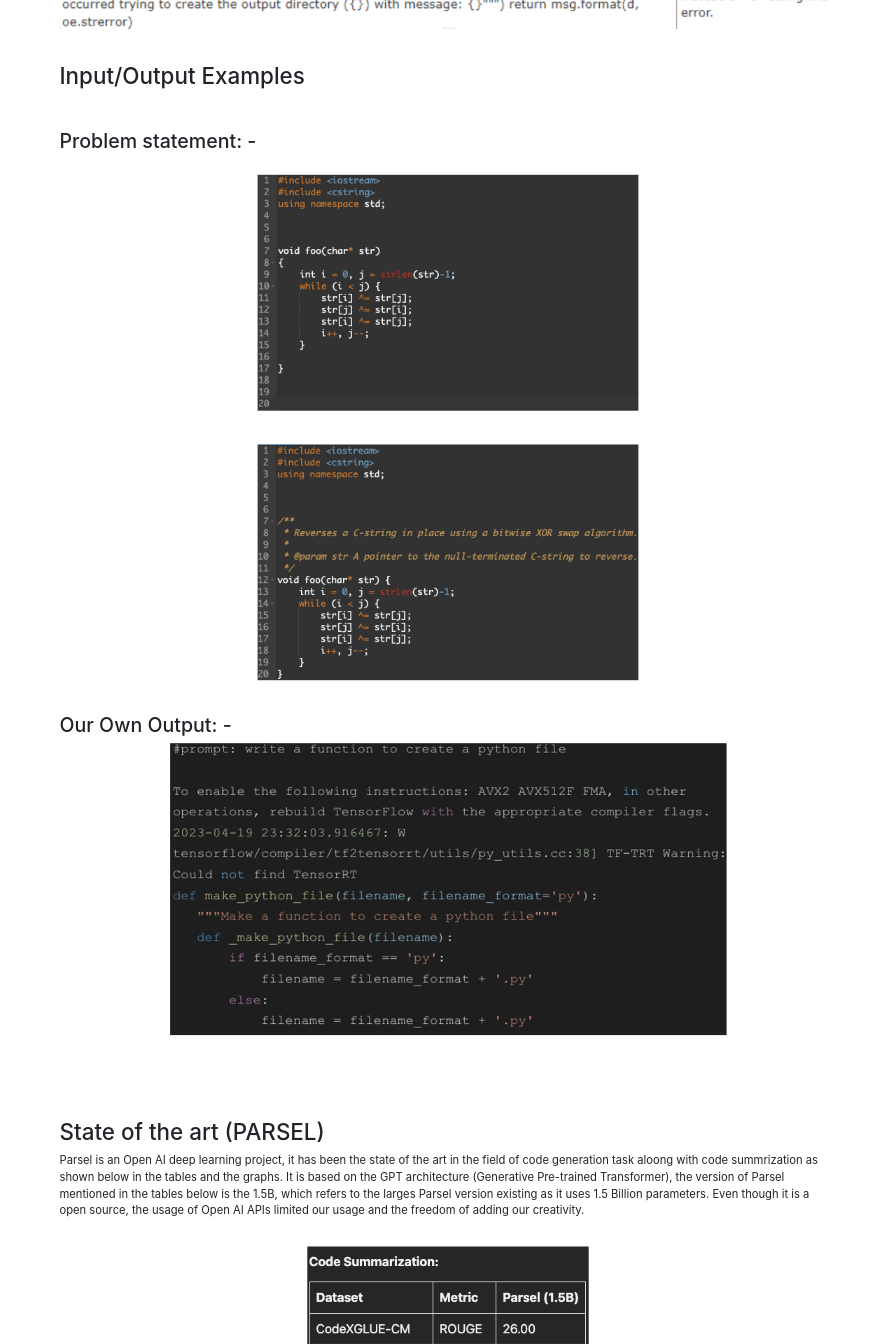
Repository: Shaalan-omar/ConcodePlus
Page: team-specific/index.html
An editor plug-in stored every save of this project. The page is shown before and after the next save, followed by the edit.
The browser window is 1280 px wide. The pictures show the part of the page from y = 1974 to 3894 px (the page is 10550 px tall before and 10533 px after), at 70% of full size.

Above is the page before, as saved 2023-05-14 11:13:13.

### team-specific/index.html
<!DOCTYPE html>
<html lang="en">

<head>

  <meta charset="utf-8">
  <meta name="viewport" content="width=device-width, initial-scale=1, shrink-to-fit=no">
  <meta name="description" content="">
  <meta name="author" content="">

  <title>Code Generation / Documentation model based on CodeT5</title>

  <!-- Bootstrap core CSS -->
  <link href="../vendor/bootstrap/css/bootstrap.min.css" rel="stylesheet">

</head>

<body>

  <!-- Navigation -->
  <nav class="navbar navbar-expand-lg navbar-dark bg-dark static-top">
    <div class="container">
      <a class="navbar-brand" href="../home.html">Practical Machine Deep Learning</a>
      <button class="navbar-toggler" type="button" data-toggle="collapse" data-target="#navbarResponsive" aria-controls="navbarResponsive" aria-expanded="false" aria-label="Toggle navigation">
        <span class="navbar-toggler-icon"></span>
      </button>
      <div class="collapse navbar-collapse" id="navbarResponsive">
        <ul class="navbar-nav ml-auto">
          <li class="nav-item active">
            <a class="nav-link" href="../home.html">Home
              <span class="sr-only">(current)</span>
            </a>
          </li>
          <li class="nav-item">
            <a class="nav-link" href="../about.html">About</a>
          </li>
          <li class="nav-item">
            <a class="nav-link" href="../contact.html">Contact</a>
          </li>
        </ul>
      </div>
    </div>
  </nav>

  <!-- Page Content -->
  <div class="container">
    <div class="row">
      <div class="col-lg-12 text-center">
        <h1 class="mt-5">Code Generation / Documentation model based on CodeT5</h1>
        <ul class="list-unstyled">
          <li>Omar Shaalan 900193887</li>
          <li>Kyrollos Zakarya 900203309</li>
        </ul>
      </div>
    </div>


    <div class="row">
      <div class="col-lg-12 text-left">
        <h2 class="mt-5"></h2>
		<p>
			Code generation is a very important in our current daily life. However, the documentation of the code is beyond important too,
      we need the code that is generated to have a documentation generated with it in order to be able to generate a code that is understandable
      and increase the efficency (we increase the efficency of the code by providing commented code, so it will be easier to understand and reuse or extract the
       needed parts from it)
		</p>
      </div>
    </div>

    <div class="row">
      <div class="col-lg-12 text-left">
        <h2 class="mt-5">Dataset</h2>

        <h3 class="mt-5">Old Dataset: -</h3>
        <p>
			Our initial plan was to work with the Cocode's task dataset (concode is the code generation task), this was initially our intution
      as our task, ConcodePlus(the commented code generation task), was going to generate the code that concode generated but with comments. However,
      in concode's dataset we only had the code and the Natural Language describing the code, but no dataset had the code itself with comments in the same coloumn,
      this of course limited our ways
      to train the model on genreating a documented code, as we had no clear dataset that had code, comments for that code, all we had was datasets having code and
      a natural language describing the code, as illustrated in the visualization of the Concode's dataset below.
    </p>
    <br/> <!-- Empty Line before the image -->
    <div class="img-container" align="center"> <!-- Block parent element -->
        <img src="resources/images/concode.png" class="img-fluid text-center">
    </div>
    <br/> <!-- Empty Line after the image -->
    <h3 class="mt-5">Modified Dataset: -</h3>
    <p>
  Hence, we had to make a major change, that will allow us to have a dataset that contains a pair consisting of code and a prompt as usual describing
      the code, but in the code's column we added comments to the code itself in the same coloumn.
      This was our own dataset, and we called PyPlus, as this dataset works on Python codes only, and the plus part is because it is the first of its
      type to contain code with detailed comments of the code in the same column, or at least the first
      of its type as an open source dataset, as we have found NO other open source or closed source (but this is hard to make sure of as closed source
      are like a black box, you cannot see what is inside them) dataset in python storing data in that way.
</p>
<br/> <!-- Empty Line before the image -->
<div class="img-container" align="center"> <!-- Block parent element -->
    <img src="resources/images/dataset.png" class="img-fluid text-center">
</div>

      </div>
    </div>

    <div class="row">
      <div class="col-lg-12 text-left">
        <h2 class="mt-5">Input/Output Examples</h2>
   <br>
      </br>
        <h3>
			 Problem statement: -
        </h3>

		<br/> <!-- Empty Line before the image -->
	    <div class="img-container" align="center"> <!-- Block parent element -->
      		<img src="resources/images/Problem_Stat_1.png" class="img-fluid text-center">
    	</div>

    	<br/> <!-- Empty Line after the image -->

      <br/> <!-- Empty Line before the image -->
	    <div class="img-container" align="center"> <!-- Block parent element -->
      		<img src="resources/images/Problem_Stat_2.png" class="img-fluid text-center">
    	</div>


        <br>
      </br>
         <h3>
			 Our Own Output: -
        </h3>

      	    <div class="img-container" align="center"> <!-- Block parent element -->
      		<img src="resources/images/output_real.png" class="img-fluid text-center">
    	</div>
      <!-- <p class = "center">
        Feel the difference?
     </p> -->
     <br>
    </br>

    	<br/> <!-- Empty Line after the image -->
      </div>
    </div>


    <div class="row">
      <div class="col-lg-12 text-left">
        <h2 class="mt-5">State of the art (PARSEL)</h2>

        <p>
			Parsel is an Open AI deep learning project, it has been the state of the art in the field of code generation task aloong with code summrization as shown below in the tables and the graphs.
      It is based on the GPT architecture (Generative Pre-trained Transformer), the version of Parsel mentioned in the tables below is the 1.5B, which refers to the larges Parsel version
      existing as it uses 1.5 Billion parameters.
      Even though it is a open source, the usage of Open AI APIs limited our usage and the freedom of adding our creativity.
		</p>

	  <br/> <!-- Empty Line before the image -->
	    <div class="img-container" align="center"> <!-- Block parent element -->
      		<img src="resources/images/parsel_code_sum.png" class="img-fluid text-center">
    	</div>
    	<br/> <!-- Empty Line after the image -->

    <br/> <!-- Empty Line before the image -->
	    <div class="img-container" align="center"> <!-- Block parent element -->
      		<img src="resources/images/Parsel_code_gen.png" class="img-fluid text-center">
    	</div>
    	<br/> <!-- Empty Line after the image -->
		<br/> <!-- Empty Line before the image -->
	    <div class="img-container" align="center"> <!-- Block parent element -->
      		<img src="resources/images/parsel_1.png" class="img-fluid text-center">
    	</div>
    	<br/> <!-- Empty Line after the image -->

      <br/> <!-- Empty Line before the image -->
	    <div class="img-container" align="center"> <!-- Block parent element -->
      		<img src="resources/images/parsel_2.png" class="img-fluid text-center">
    	</div>
    	<br/> <!-- Empty Line after the image -->

      <br/> <!-- Empty Line before the image -->
	    <div class="img-container" align="center"> <!-- Block parent element -->
      		<img src="resources/images/parsel_3.png" class="img-fluid text-center">
    	</div>
    	<br/> <!-- Empty Line after the image -->
      </div>
    </div>



    <div class="row">
      <div class="col-lg-12 text-left">
        <h2 class="mt-5">Orignial Model from Literature.</h2>

        <p>
			Our model, CodeT5, has 3 main versions. The small, base, and big. The small has 60 million parameters, the big has 770 million parameters and the base version, which we worked with is 220 million parameters.
      We started with the smal version due to our limitations on Google Colab, which made it very hard to work with versions that had larger size from the parameters prespective. However, due to reaching bad results
      as explained in our previous presentations, we had to find a way around to use the base version. Using the base version worked more than fine, and we reached the desired output as shown above. Please find below
      more details about the original codeT5 model.
		</p>

		<br/> <!-- Empty Line before the image -->
	    <div class="img-container" align="center"> <!-- Block parent element -->
      		<img src="resources/images/codet5_arch.png" class="img-fluid text-center">
    	</div>
    	<br/> <!-- Empty Line after the image -->
      </div>
    </div>

    <div class="row">
      <div class="col-lg-12 text-left">
        <h2 class="mt-5">Proposed Updates</h2>


		<h5 class="mt-5">Update #1: Adding Reinforcement Learning</h5>
		<p>
			Give rewards when the generated documentation along with the code is correct and add negative rewards when the generation is not good.
		</p>
		<br/> <!-- Empty Line before the image -->
	    <div class="img-container" align="center"> <!-- Block parent element -->
      		<img src="resources/images/reinforcement.png" class="img-fluid text-center">
    	</div>
    	<br/> <!-- Empty Line after the image -->

      	<p>
			Hyperparameter tune the model. Base on one of the very famous concepts we took in our class is the concept of trial and error. Please feel free to try
      several times to change and tune the hyperprameters in order to reach better results. Feel free to share your outcomes with us.
		</p>
		<br/> <!-- Empty Line before the image -->
	    <div class="img-container" align="center"> <!-- Block parent element -->
      		<img src="resources/images/copyHyper.png" class="img-fluid text-center">
    	</div>
    	<br/> <!-- Empty Line after the image -->
      </div>
    </div>


    <div class="row">
      <div class="col-lg-12 text-left">
        <h2 class="mt-5">Results</h2>

        <p>
			Please find below our results obtained after adding our task, ConcodePlus, and the plots too.
		</p>

		<br/> <!-- Empty Line before the image -->
    	<h3 class="mt-5">It is obvious that there is something wrong with calculations of the metrics of concodePlus
      since the blue score definitely does not reflect the model performance. This can be due to the fact that we added
       a new task to the model without taking into account the synchronization required to measure these metrices for the
      new task specifically </h3>
      <div class="img-container" align="center"> <!-- Block parent element -->
      		<img src="resources/images/metrics_obtained.png" class="img-fluid text-center">
    	</div>
    	<br/> <!-- Empty Line after the image -->
	    <div class="img-container" align="center"> <!-- Block parent element -->
      		<img src="resources/images/dev_metric.png" class="img-fluid text-center">
    	</div>
    	<br/> <!-- Empty Line after the image -->
      		<br/> <!-- Empty Line before the image -->
	    <div class="img-container" align="center"> <!-- Block parent element -->
      		<img src="resources/images/dev2_metric.png" class="img-fluid text-center">
    	</div>
    	<br/> <!-- Empty Line after the image -->
      		<br/> <!-- Empty Line before the image -->
	    <div class="img-container" align="center"> <!-- Block parent element -->
      		<img src="resources/images/metric3.png" class="img-fluid text-center">
    	</div>
    	<br/> <!-- Empty Line after the image -->
      </div>
    </div>


    <div class="row">
      <div class="col-lg-12 text-left">
        <h2 class="mt-5">Technical report</h2>

        <p>
			LEft Here you will detail the details related to training, for example: Filled With KYRO
		</p>

	 	<ul>
		  <li>Programming framework</li>
		  <li>Training hardware i.e. colab or azure or anything else</li>
		  <li>Training time</li>
		  <li>Number of epochs</li>
		  <li>Time per epoch</li>
		  <li>Any other important detail or difficulties</li>
		</ul>
      </div>
    </div>

	<div class="row">
	  <div class="col-lg-12 text-left">
	    <h2 class="mt-5">Conclusion</h2>

	    <p>
			In conclusion we have reached our goal by generating documented code by adding the new task, ConcodePlus to CodeT5, and by creating a new dataset which is PyPlus. As shown in the output provided above it is clear that our code has a documentation of the purpose of the function. We have some promising results and some results that still need to work on.
      We also have room for future improvement, which is adding the reinforcement learning to the ConcodePlus. One of the very nice lessons that we learned was the visualization of what we theortically studied in class, the project was more challenging than the assignments and that made us more motivated and dedicated towards having the desired output. We also
      learned how to work as a team to achieve the maximum potential and the maximum benefit. A very intersting finding was not found, but actually it was created, which was the dataset modification. Both of us would have never imagined that we would create a dataset that fits for these type of problems and projects, this dataset may be the first step in a world
      of trials and great achievements in the code generation models in the future.
		</p>

	  </div>
	</div>

	<div class="row">
	  <div class="col-lg-12 text-left">
	    <h2 class="mt-5">References</h2>

	    <p>
	    	List all references here, the following are only examples
	    </p>

		<ol>
		  <li><a href="https://arxiv.org/pdf/2212.10561v2.pdf">Parsel Paper</a></li>
      <li><a href="https://microsoft.github.io/CodeXGLUE/">Parsel Code Summarization Table</a></li>
      <li><a href="https://microsoft.github.io/CodeXGLUE/">Parsel Code Generation Table</a></li>
		  <li><a href="https://arxiv.org/pdf/2109.00859v1.pdf">CodeT5 Paper</a></li>
		  <li><a href="https://medium.com/analytics-vidhya/t5-a-detailed-explanation-a0ac9bc53e51">CodeT5 Architecture Paper</a></li>
		  <li><a href="http://www.google.com">Dataset Link LEFT need to upload it to github</a></li>
		</ol>
	  </div>
	</div>

  </div>



  <!-- Bootstrap core JavaScript -->
  <script src="../vendor/jquery/jquery.slim.min.js"></script>
  <script src="../vendor/bootstrap/js/bootstrap.bundle.min.js"></script>

</body>

</html>

Loaded but not shown: vendor/bootstrap/css/bootstrap.min.css (library); vendor/jquery/jquery.slim.min.js (library); vendor/bootstrap/js/bootstrap.bundle.min.js (library)

After the next save:
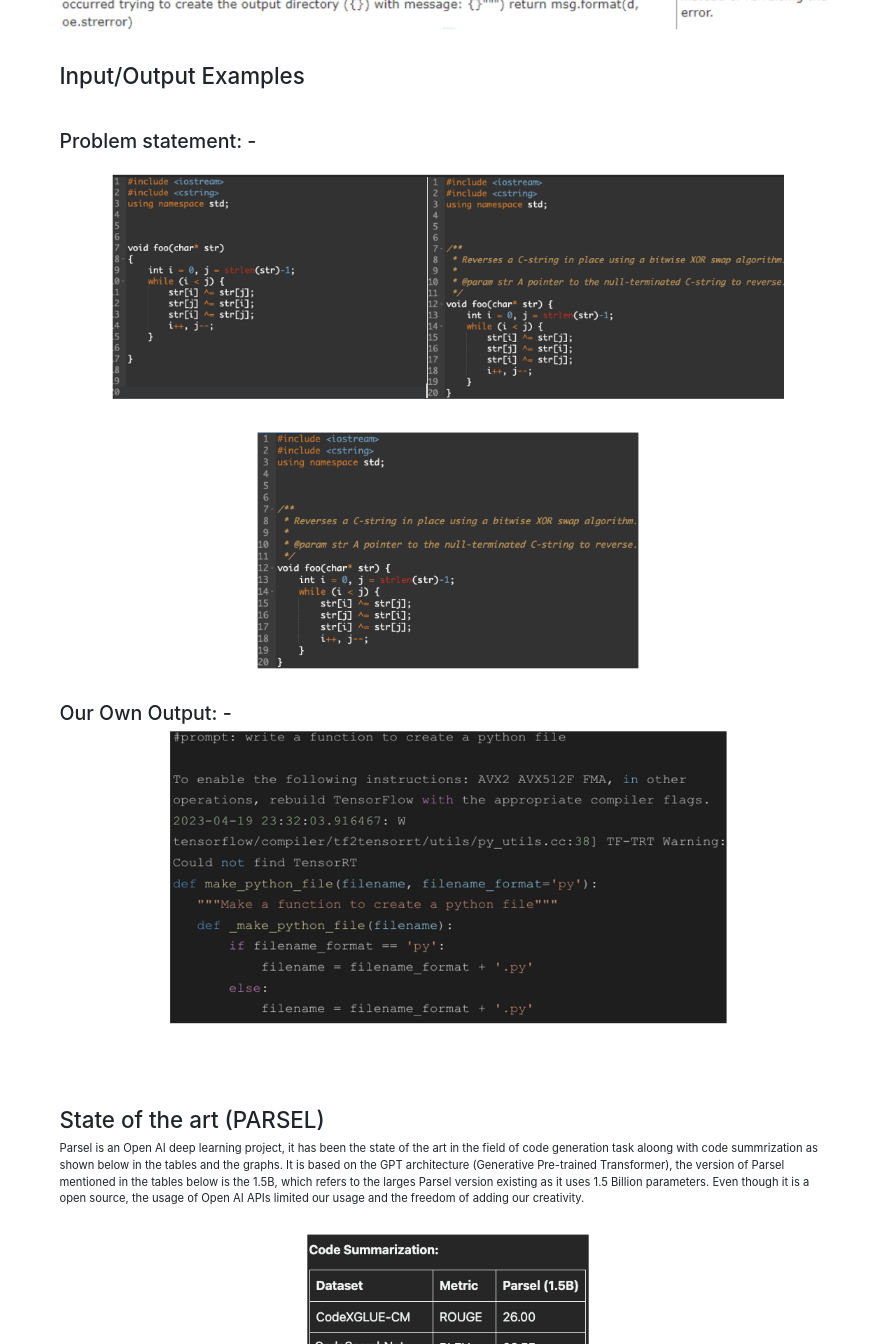
Saved 10 min 12 s later.
--- a/team-specific/index.html
+++ b/team-specific/index.html
@@ -113,7 +113,7 @@
 
 		<br/> <!-- Empty Line before the image -->
 	    <div class="img-container" align="center"> <!-- Block parent element -->
-      		<img src="resources/images/Problem_Stat_1.png" class="img-fluid text-center">
+      		<img src="resources/images/Screen Shot 2023-05-14 at 12.21.35 PM.png" class="img-fluid text-center">
     	</div>
 
     	<br/> <!-- Empty Line after the image -->
